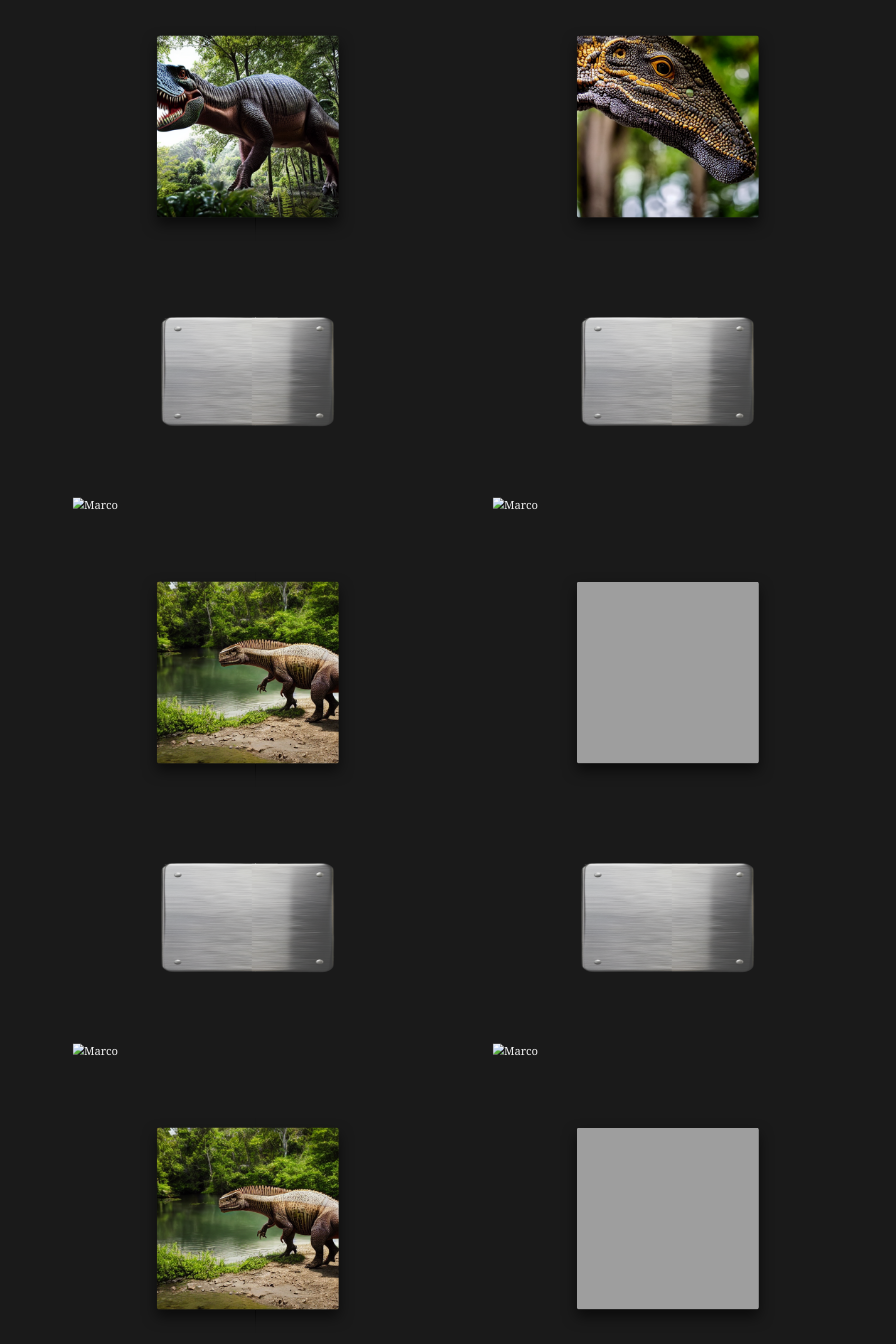
Repository: FormalIngenieroniel/YapperSaurusMuseum
Page: templates/index.html
The author's editor kept a record of every edit. The page is drawn from the files as they stood at one moment, then again after the next edit.
The browser window is 1280 px wide. The pictures show the part of the page from y = 1814 to 3734 px (the page is 4805 px tall), at 70% of full size.
Pictures or frames that could not be fetched are drawn as grey boxes.

Above is the page before.
Console error: TypeError: Cannot read properties of null (reading 'addEventListener')

After the next edit:
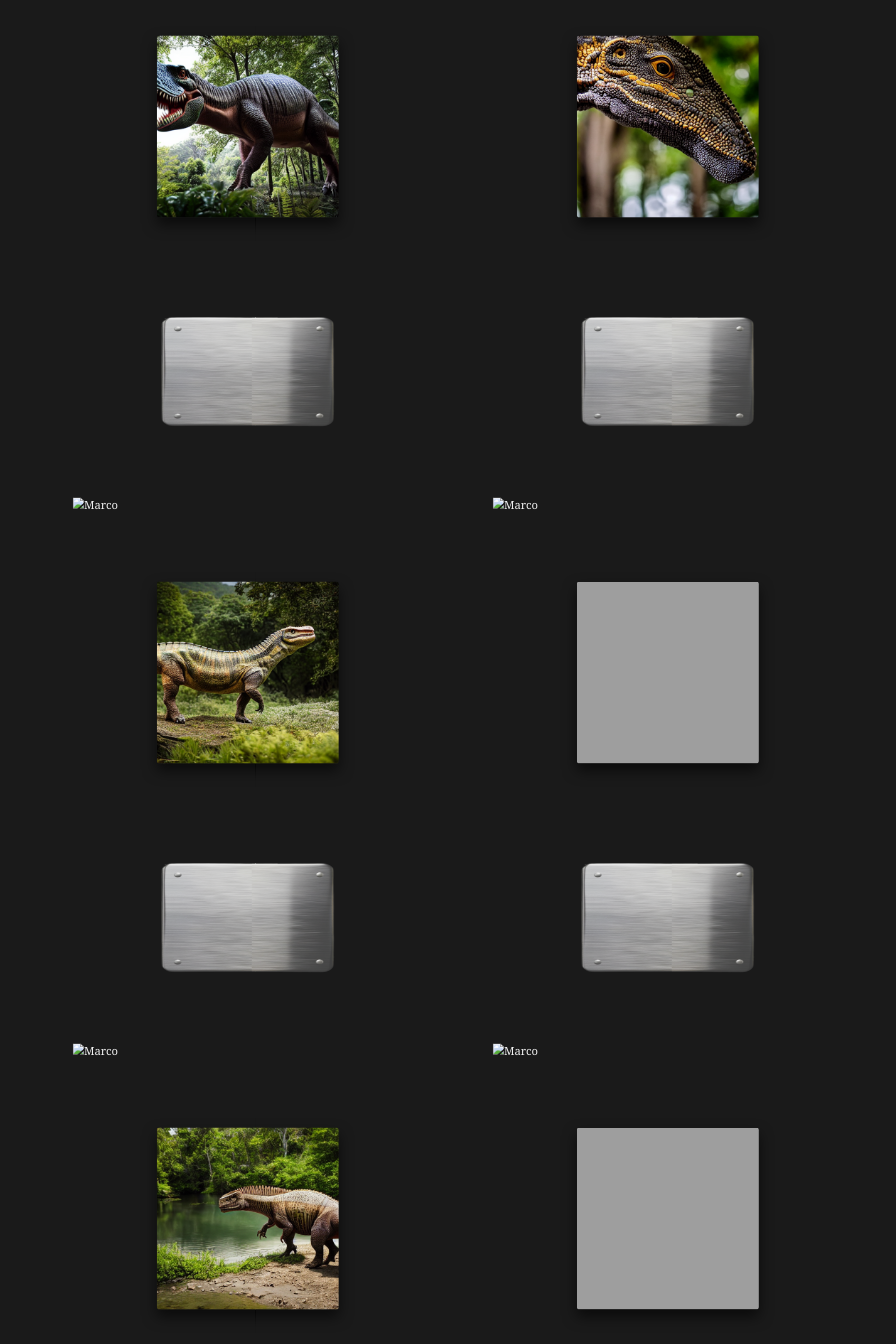
The edit:
--- a/templates/index.html
+++ b/templates/index.html
@@ -69,7 +69,7 @@
 
         <div class="dino-exhibit">
             <div class="dino-cuadro">
-                <img src="./static/Carpetanosaurio rex/Rapalasaurus.png" alt="Protogosaurus" class="dino-img">
+                <img src="./static/Carpetanosaurio rex/Protogosaurus.png" alt="Protogosaurus" class="dino-img">
                 <img src="" alt="Marco" class="dino-marco">
             </div>
             <div class="dino-placa">
